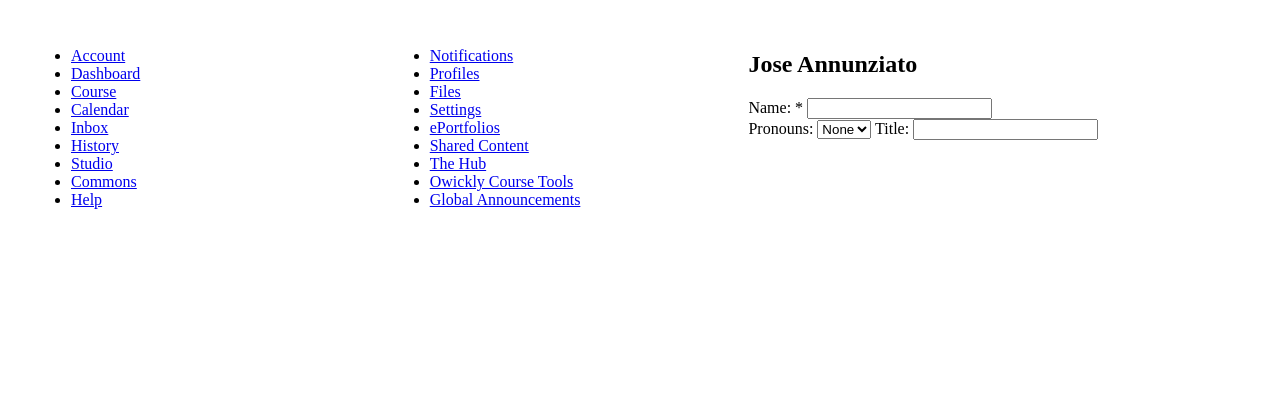
Repository: yuqiant/kanbas-react-web-app
Page: public/kanbas/profile/edit.html
An editor plug-in stored every save of this project. The page is shown before and after the next save, followed by the edit.
The browser window is 1280 px wide. The pictures show the whole page.

Above is the page before, as saved 2023-09-14 21:37:41.

### public/kanbas/profile/edit.html
<!DOCTYPE html>
<html lang="en">

<head>
    <meta charset="UTF-8">
    <meta name="viewport" content="width=device-width, initial-scale=1.0">
    <title>Column Interaction</title>
    <style>
        table {
            width: 100%;

        }

        td {
            width: 50%;
            border: 1px solid transparent;
            padding: 20px;
            vertical-align: top;
        }
    </style>
</head>

<body>
    <table>
        <tr>
            <td id="firstColumn" style="width: 150px;">
                <ul>
                    <li><a href="#">Account</a></li>
                    <li><a href="#">Dashboard</a></li>
                    <li><a href="#">Course</a></li>
                    <li><a href="#">Calendar</a></li>
                    <li><a href="#">Inbox</a></li>
                    <li><a href="#">History</a></li>
                    <li><a href="#">Studio</a></li>
                    <li><a href="#">Commons</a></li>
                    <li><a href="#">Help</a></li>
                </ul>
            </td>
            <td id="secondColumn" style="width: 150px;">
                <ul>
                    <li><a href="#">Notifications</a></li>
                    <li><a href="#">Profiles</a></li>
                    <li><a href="#">Files</a></li>
                    <li><a href="#">Settings</a></li>
                    <li><a href="#">ePortfolios</a></li>
                    <li><a href="#">Shared Content</a></li>
                    <li><a href="#">The Hub</a></li>
                    <li><a href="#">Owickly Course Tools</a></li>
                    <li><a href="#">Global Announcements</a></li>

                </ul>
            </td>
            <td id="thirdColumn" style="width: 250px;">
                <h2>Jose Annunziato</h2>

                <form id="text-fields">

                    <label for="text-fields-name">Name: *</label>
                    <input type="text" id="text-fields-name" /><br />
                    <label for="text-fields-pronouns">Pronouns:</label>
                    <select id="select-one-genre">
                        <option value="none">None</option>
                    </select>

                    <label for="text-fields-title">Title:</label>
                    <input type="text" id="text-fields-title" /><br />

                </form>




            </td>

        </tr>
    </table>

</body>

</html>

After the next save:
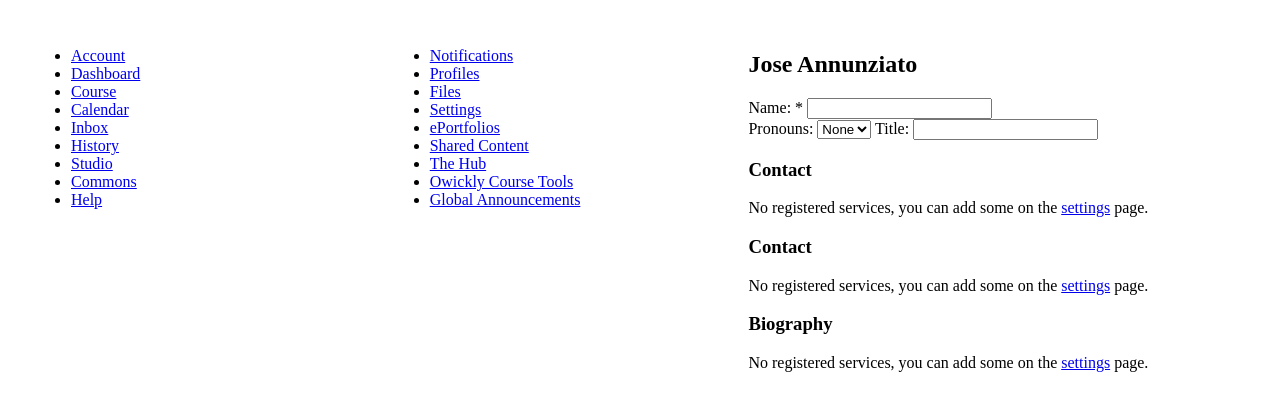
Saved 28 s later.
--- a/public/kanbas/profile/edit.html
+++ b/public/kanbas/profile/edit.html
@@ -67,6 +67,16 @@
 
                 </form>
 
+                <h3>Contact</h3>
+                <div>No registered services, you can add some on the <a href="#">settings</a> page.</div>
+
+                <h3>Contact</h3>
+                <div>No registered services, you can add some on the <a href="#">settings</a> page.</div>
+
+                <h3>Biography</h3>
+                <div>No registered services, you can add some on the <a href="#">settings</a> page.</div>
+
+
 
 
 
